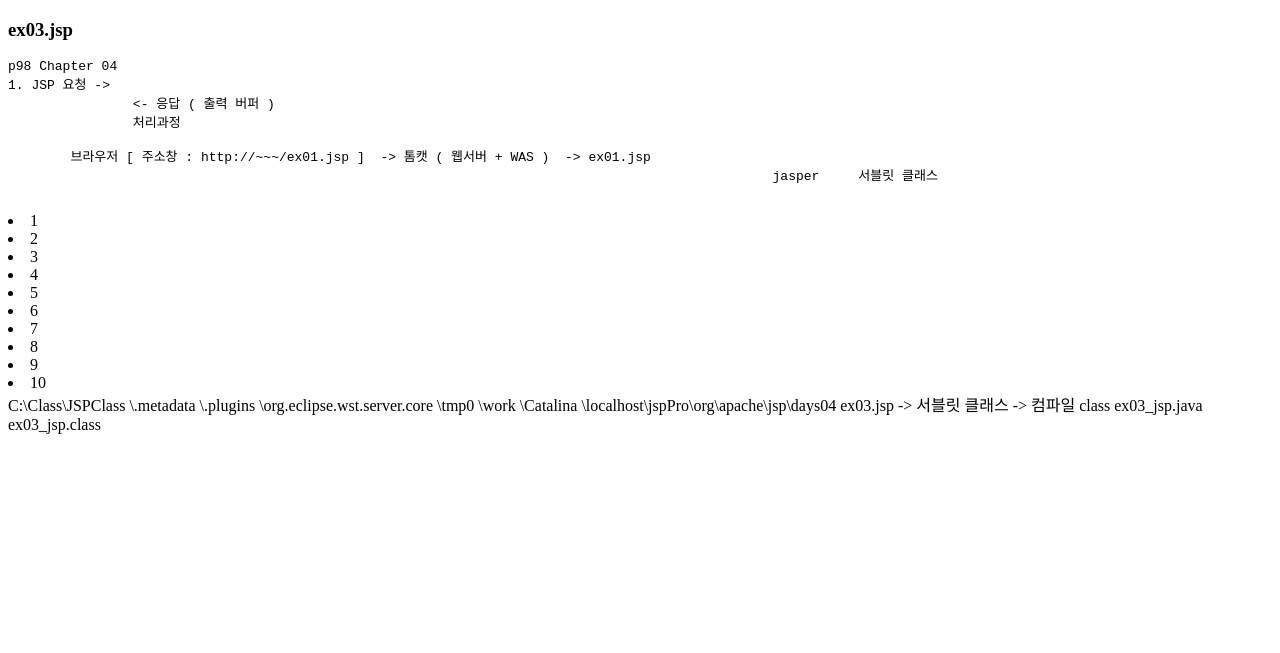
Repository: JavaYoo/kakao-emoticon-web-clone
Page: http://localhost/jspPro/days04/ex03.jsp
These files come from the project's save history. The page is drawn as it stood at one moment and after the next save; the edit follows.
The browser window is 1280 px wide. The pictures show the whole page.
The page is served by Tomcat 9.

Above is the page before, as saved 2022-06-17 05:17:02.

After the next save:
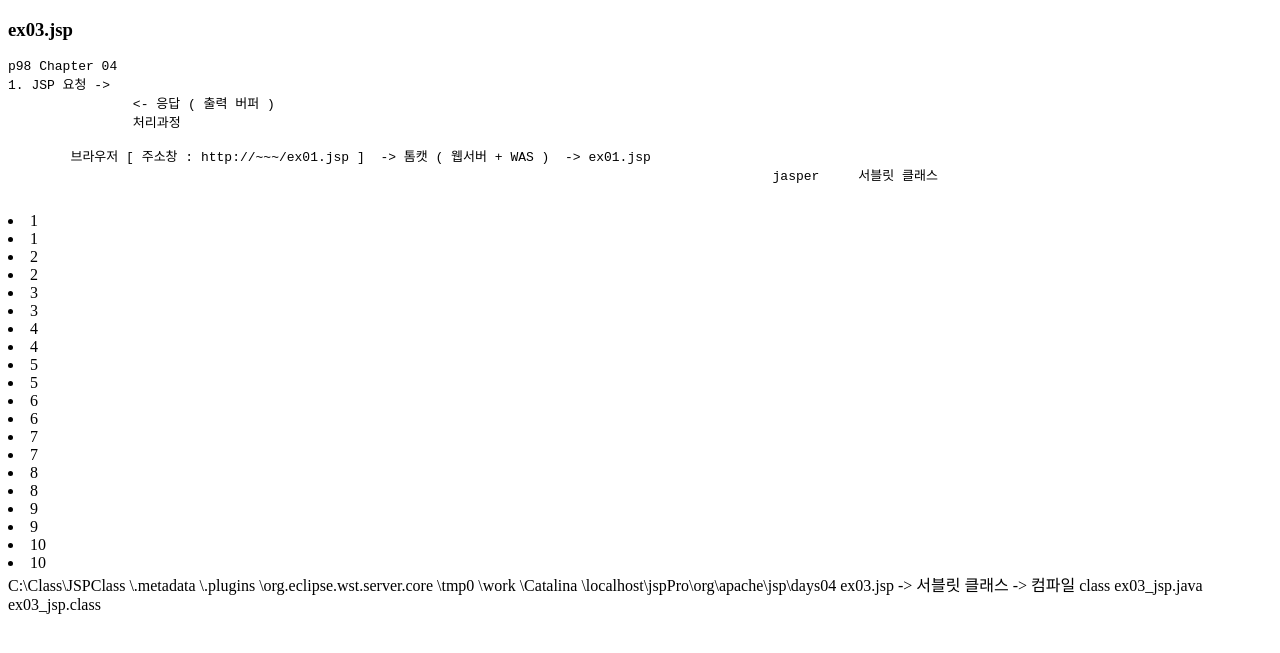
Saved 2 min 0 s later.
--- a/jspPro/src/main/webapp/days04/ex03.jsp
+++ b/jspPro/src/main/webapp/days04/ex03.jsp
@@ -37,10 +37,17 @@
 	}
 %>
 
+
 <%
 	// 스크립트릿
 	for( int i = 1; i <= 10; i++){
 		out.append( "<li>" + i + "</li>");
+%>
+
+	<li><%= i %></li>
+
+<%
+
 	}
 %>
 

After the save that followed:
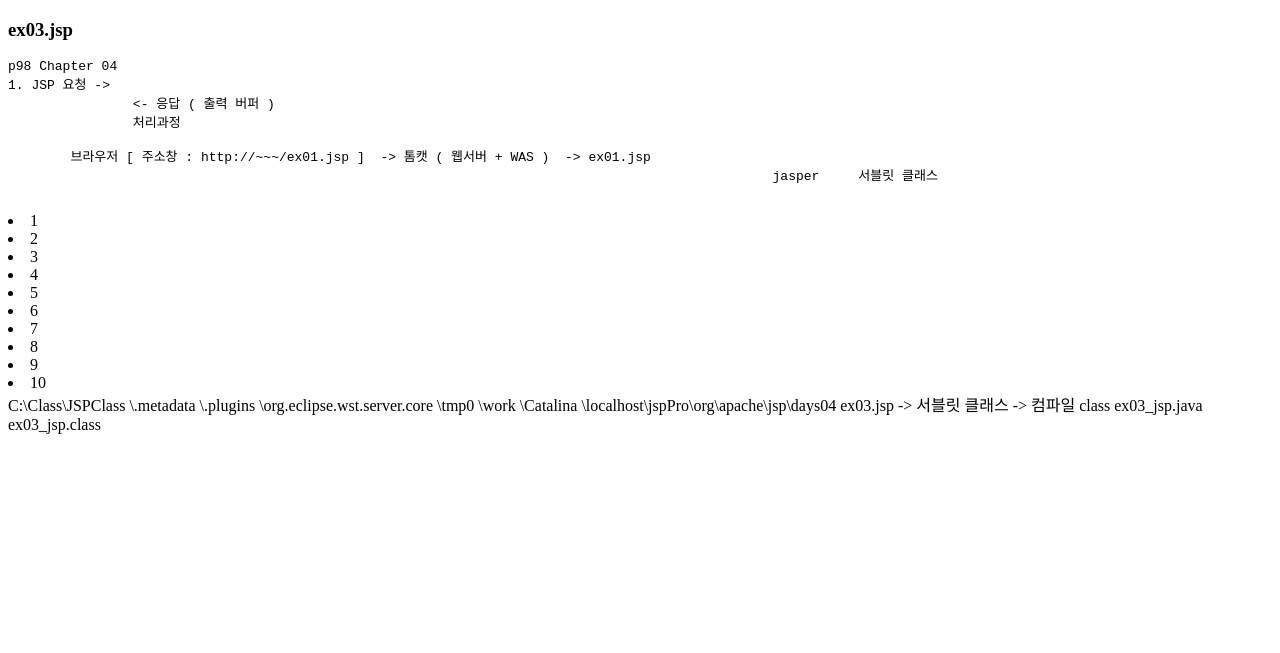
Saved 5 s later.
--- a/jspPro/src/main/webapp/days04/ex03.jsp
+++ b/jspPro/src/main/webapp/days04/ex03.jsp
@@ -41,7 +41,7 @@
 <%
 	// 스크립트릿
 	for( int i = 1; i <= 10; i++){
-		out.append( "<li>" + i + "</li>");
+		//out.append( "<li>" + i + "</li>");
 %>
 
 	<li><%= i %></li>
